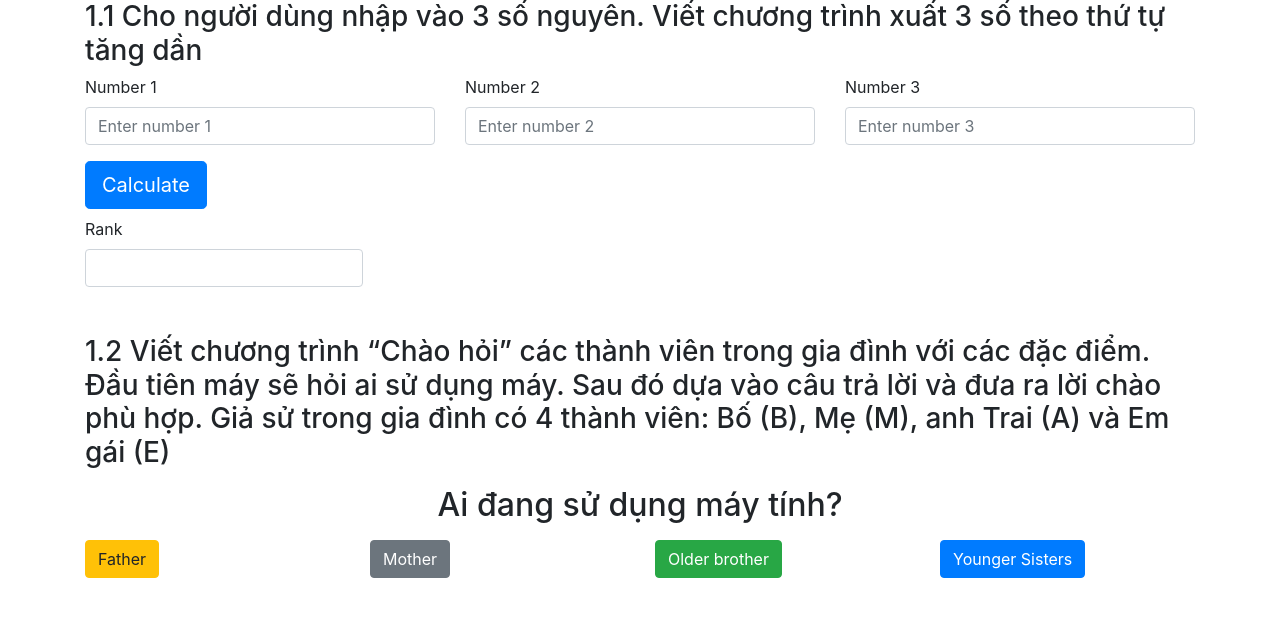
Repository: baobaodeveloper/bootscamp21__jsbasic__HuynhAnhBao
Page: index.html
An editor plug-in stored every save of this project. The page is shown before and after the next save, followed by the edit.
The browser window is 1280 px wide. The pictures show the whole page.

Above is the page before, as saved 2022-03-10 00:01:57.

### index.html
<!DOCTYPE html>
<html lang="en">
  <head>
    <title>javaScript basic</title>
    <!-- Required meta tags -->
    <meta charset="utf-8" />
    <meta
      name="viewport"
      content="width=device-width, initial-scale=1, shrink-to-fit=no"
    />

    <!-- Bootstrap CSS -->
    <link
      rel="stylesheet"
      href="https://stackpath.bootstrapcdn.com/bootstrap/4.3.1/css/bootstrap.min.css"
      integrity="sha384-ggOyR0iXCbMQv3Xipma34MD+dH/1fQ784/j6cY/iJTQUOhcWr7x9JvoRxT2MZw1T"
      crossorigin="anonymous"
    />
  </head>
  <body>
    <!-- Cho người dùng nhập vào 3 số nguyên. Viết chương trình xuất 3 số theo thứ tự tăng dần -->
    <div class="container mb-xl-5">
      <h3>
        1.1 Cho người dùng nhập vào 3 số nguyên. Viết chương trình xuất 3 số
        theo thứ tự tăng dần
      </h3>

      <div class="row">
        <div class="col">
          <label class="form-label">Number 1</label>
          <input
            type="text"
            class="form-control num1"
            placeholder="Enter number 1"
          />
        </div>
        <div class="col">
          <label class="form-label">Number 2</label>
          <input
            type="number"
            class="form-control num2"
            placeholder="Enter number 2"
          />
        </div>
        <div class="col">
          <label class="form-label">Number 3</label>
          <input
            type="number"
            class="form-control num3"
            placeholder="Enter number 3"
          />
        </div>
      </div>

      <button type="button " class="btn btn-primary btn-lg mt-3 mb-2 btn-rank">
        Calculate
      </button>

      <div class="mt-3 m-auto">
        <label class="form-label">Rank</label>
        <input type="text" class="form-control w-25 result1" />
      </div>
    </div>

    <!-- Viết chương trình “Chào hỏi” các thành viên trong gia đình với các đặc điểm. Đầu tiên máy
    sẽ hỏi ai sử dụng máy. Sau đó dựa vào câu trả lời và đưa ra lời chào phù hợp. Giả sử trong
    gia đình có 4 thành viên: Bố (B), Mẹ (M), anh Trai (A) và Em gái (E) -->
    <div class="container">
      <h3 class="mb-3">
        1.2 Viết chương trình “Chào hỏi” các thành viên trong gia đình với các
        đặc điểm. Đầu tiên máy sẽ hỏi ai sử dụng máy. Sau đó dựa vào câu trả lời
        và đưa ra lời chào phù hợp. Giả sử trong gia đình có 4 thành viên: Bố
        (B), Mẹ (M), anh Trai (A) và Em gái (E)
      </h3>

      <h2 class="mb-3 text-center">Ai đang sử dụng máy tính?</h2>
      <div class="row">
        <div class="col">
          <button type="button" class="btn btn-warning">Father</button>
        </div>
        <div class="col">
          <button type="button" class="btn btn-secondary">Mother</button>
        </div>
        <div class="col">
          <button type="button" class="btn btn-success">Older brother</button>
        </div>
        <div class="col">
          <button type="button" class="btn btn-primary">Younger Sisters</button>
        </div>
      </div>

      <div class="modal" tabindex="-1">
        <div class="modal-dialog">
          <div class="modal-content">
            <div class="modal-header">
              <button
                type="button"
                class="btn-close"
                data-bs-dismiss="modal"
                aria-label="Close"
              ></button>
            </div>
            <div class="modal-body">
              <p>Modal body text goes here.</p>
            </div>
            <div class="modal-footer">
              <button
                type="button"
                class="btn btn-secondary"
                data-bs-dismiss="modal"
              >
                Close
              </button>
              <button type="button" class="btn btn-primary">
                Save changes
              </button>
            </div>
          </div>
        </div>
      </div>
    </div>
    <!-- Optional JavaScript -->
    <!-- jQuery first, then Popper.js, then Bootstrap JS -->
    <script
      src="https://code.jquery.com/jquery-3.3.1.slim.min.js"
      integrity="sha384-q8i/X+965DzO0rT7abK41JStQIAqVgRVzpbzo5smXKp4YfRvH+8abtTE1Pi6jizo"
      crossorigin="anonymous"
    ></script>
    <script
      src="https://cdnjs.cloudflare.com/ajax/libs/popper.js/1.14.7/umd/popper.min.js"
      integrity="sha384-UO2eT0CpHqdSJQ6hJty5KVphtPhzWj9WO1clHTMGa3JDZwrnQq4sF86dIHNDz0W1"
      crossorigin="anonymous"
    ></script>
    <script
      src="https://stackpath.bootstrapcdn.com/bootstrap/4.3.1/js/bootstrap.min.js"
      integrity="sha384-JjSmVgyd0p3pXB1rRibZUAYoIIy6OrQ6VrjIEaFf/nJGzIxFDsf4x0xIM+B07jRM"
      crossorigin="anonymous"
    ></script>

    <!-- <script src="exercise1.js"></script> -->
    <script src="exercise2.js"></script>
  </body>
</html>

Loaded but not shown: exercise2.js (no stored copy; drawn as an empty file)

After the next save:
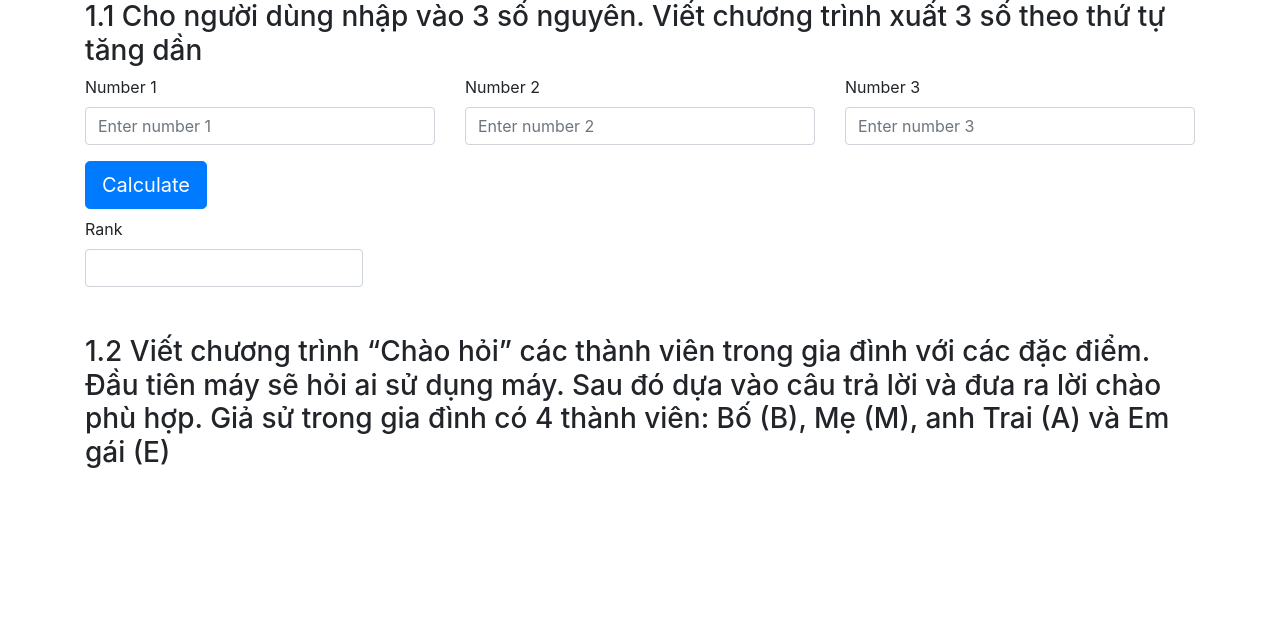
Saved 18 h 25 min later.
--- a/index.html
+++ b/index.html
@@ -72,52 +72,6 @@
         và đưa ra lời chào phù hợp. Giả sử trong gia đình có 4 thành viên: Bố
         (B), Mẹ (M), anh Trai (A) và Em gái (E)
       </h3>
-
-      <h2 class="mb-3 text-center">Ai đang sử dụng máy tính?</h2>
-      <div class="row">
-        <div class="col">
-          <button type="button" class="btn btn-warning">Father</button>
-        </div>
-        <div class="col">
-          <button type="button" class="btn btn-secondary">Mother</button>
-        </div>
-        <div class="col">
-          <button type="button" class="btn btn-success">Older brother</button>
-        </div>
-        <div class="col">
-          <button type="button" class="btn btn-primary">Younger Sisters</button>
-        </div>
-      </div>
-
-      <div class="modal" tabindex="-1">
-        <div class="modal-dialog">
-          <div class="modal-content">
-            <div class="modal-header">
-              <button
-                type="button"
-                class="btn-close"
-                data-bs-dismiss="modal"
-                aria-label="Close"
-              ></button>
-            </div>
-            <div class="modal-body">
-              <p>Modal body text goes here.</p>
-            </div>
-            <div class="modal-footer">
-              <button
-                type="button"
-                class="btn btn-secondary"
-                data-bs-dismiss="modal"
-              >
-                Close
-              </button>
-              <button type="button" class="btn btn-primary">
-                Save changes
-              </button>
-            </div>
-          </div>
-        </div>
-      </div>
     </div>
     <!-- Optional JavaScript -->
     <!-- jQuery first, then Popper.js, then Bootstrap JS -->
